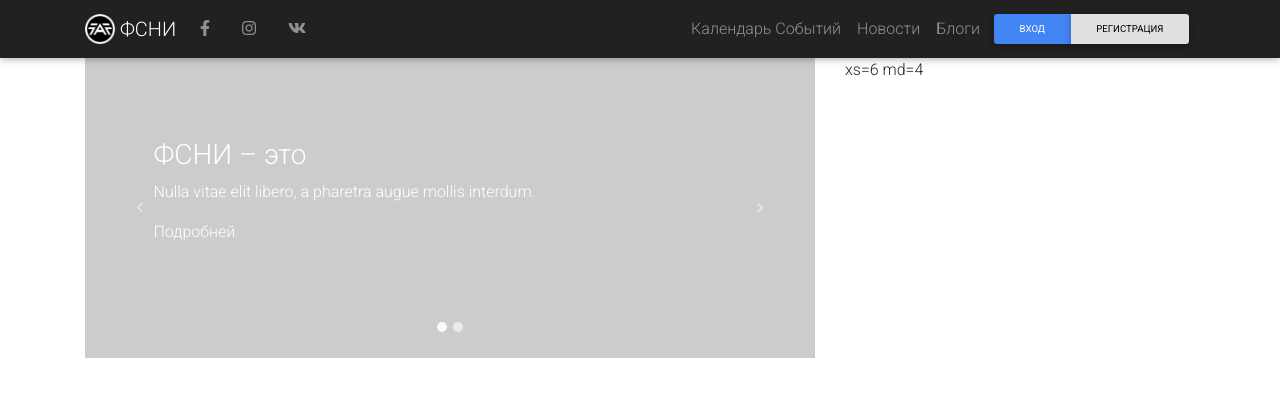
Repository: alexey1986/fsni_test
Page: /
The author's editor kept a copy of each file at every save. The page is drawn from the files as they stood at one save, then again after the next save.
The browser window is 1280 px wide. The pictures show the whole page.
The project was rebuilt for these pictures with package versions that can differ from the ones it lists, and the page was loaded fresh each time. Also part of the build but not shown: src/pages/calendar.jsx, src/pages/news.jsx, src/pages/blogs.jsx.

Above is the page before, as saved 2020-08-29 09:47:14.

### src/index.js
import React from 'react';
import ReactDOM from 'react-dom';
import 'bootstrap/dist/css/bootstrap.min.css';
import '@fortawesome/fontawesome-free/css/all.min.css';
//import 'bootstrap-css-only/css/bootstrap.min.css';
import 'mdbreact/dist/css/mdb.css';


import App from './App';
import * as serviceWorker from './serviceWorker';

ReactDOM.render(
  <React.StrictMode>
    <App />
  </React.StrictMode>,
  document.getElementById('root')
);

// If you want your app to work offline and load faster, you can change
// unregister() to register() below. Note this comes with some pitfalls.
// Learn more about service workers: https://bit.ly/CRA-PWA
serviceWorker.unregister();

### src/App.js
import React from 'react';
import { BrowserRouter as Router, Route } from "react-router-dom";
import NavBarComponent from './components/nav/NavBar';
import Home from './pages/home';
import Calendar from './pages/calendar';
import News from './pages/news';
import Blogs from './pages/blogs';

const App = () => {
  return (
    <Router>
      <NavBarComponent></NavBarComponent>
      <Route path="/" exact component={Home} />
      <Route path="/calendar" exact component={Calendar} />
      <Route path="/news" exact component={News} />
      <Route path="/blogs" exact component={Blogs} />
    </Router>
  )
}


export default App;

### src/components/nav/NavBar.jsx
import React from 'react';
import { Link, NavLink } from "react-router-dom";
import { Container, Navbar, Nav, ButtonGroup, Button } from 'react-bootstrap';
import SocialButtons from './SocialButtons';
import logo from './logo.png';

const NavBarComponent = () => {
    return (
        <Navbar bg="dark" expand="lg" variant="dark" sticky="top" >
            <Container>
                <Navbar.Brand as={Link} to='/'>
                    <img
                        alt=""
                        src={logo}
                        width="30"
                        height="30"
                        className="d-inline-block align-top"
                    />{' '}
                    ФСНИ
                </Navbar.Brand>
                <Navbar.Toggle aria-controls="basic-navbar-nav" />
                <Navbar.Collapse id="basic-navbar-nav">
                    <SocialButtons />
                    <Nav>
                        <Nav.Link as={NavLink} to='/calendar'>Календарь Событий</Nav.Link>
                        <Nav.Link as={NavLink} to='/news'>Новости</Nav.Link>
                        <Nav.Link as={NavLink} to='/blogs'>Блоги</Nav.Link>
                    </Nav>
                    <ButtonGroup size="sm" aria-label="login/registration">
                        <Button variant="primary">Вход</Button>
                        <Button variant="light">Регистрация</Button>
                    </ButtonGroup>
                </Navbar.Collapse>
            </Container>
        </Navbar>
    )
}

export default NavBarComponent;

### src/pages/home.jsx
import React from 'react';
import { Container, Row, Col } from 'react-bootstrap';
import CarouselComponent from '../components/carousel/Carousel';

const Home = () => {
    return (
        <Container>
            <Row>
                <Col xs={12} md={8}>
                    <CarouselComponent />
                </Col>
                <Col xs={6} md={4}>
                xs=6 md=4
                </Col>
            </Row>
        </Container>
    )
}

export default Home;

### src/components/nav/SocialButtons.jsx
import React from 'react';
import { Nav } from 'react-bootstrap';
import { MDBIcon } from 'mdbreact';

const SocialButtons = () => {
  return (
    <Nav className="mr-auto" >
      <Nav.Link href="#!" className="fb-ic mr-3">
        <MDBIcon fab icon="facebook-f" />
      </Nav.Link>
      <Nav.Link href="#!" className="ins-ic mr-3">
        <MDBIcon fab icon="instagram" />
      </Nav.Link>
      <Nav.Link href="#!" className="vk-ic mr-3">
        <MDBIcon fab icon="vk" />
      </Nav.Link>
    </Nav>
  );
}

export default SocialButtons;

### src/components/carousel/Carousel.jsx
import React from 'react';
import { Carousel } from 'react-bootstrap';
import './styles.css';

const CarouselComponent = () => {
    return (
        <Carousel>
            <Carousel.Item>
                <Carousel.Caption>
                    <h3>ФСНИ – это </h3>
                    <p>Nulla vitae elit libero, a pharetra augue mollis interdum.</p>
                    <p>Подробней</p>
                </Carousel.Caption>
            </Carousel.Item>
            <Carousel.Item>
                <Carousel.Caption>
                    <h3>ФСНИ – это </h3>
                    <p>Nulla vitae elit libero, a pharetra augue mollis interdum.</p>
                    <p>Подробней</p>
                </Carousel.Caption>
            </Carousel.Item>
        </Carousel>
    )
}

export default CarouselComponent;

### src/components/carousel/styles.css
.carousel-item {
    background: #ccc;
    height: 300px;
}

.carousel-caption {
    top: 20%;
    bottom: auto;
    text-align: left;
}

Loaded but not shown: public/index.html (common file); src/serviceWorker.js (common file)

After the next save:
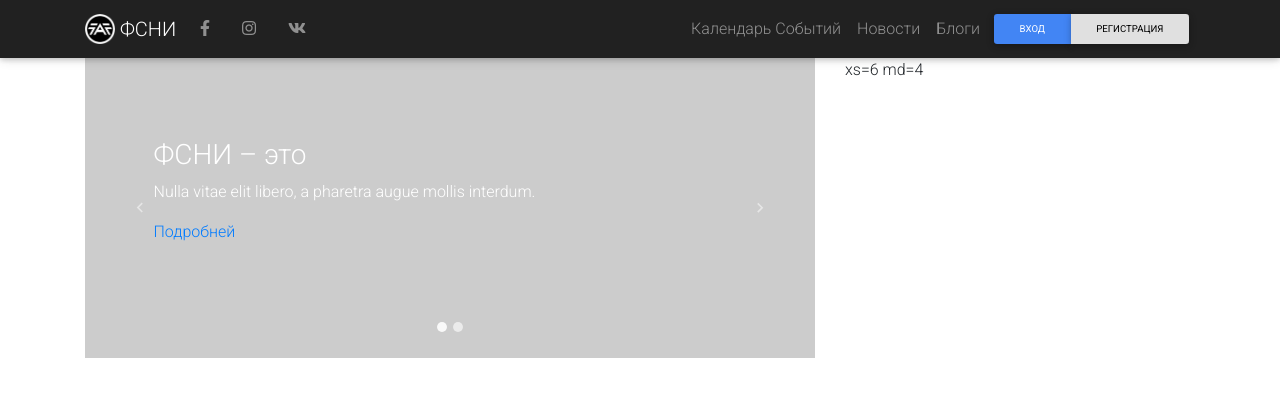
Saved 20 s later.
--- a/src/components/carousel/Carousel.jsx
+++ b/src/components/carousel/Carousel.jsx
@@ -9,14 +9,14 @@
                 <Carousel.Caption>
                     <h3>ФСНИ – это </h3>
                     <p>Nulla vitae elit libero, a pharetra augue mollis interdum.</p>
-                    <p>Подробней</p>
+                    <p><a href="#">Подробней</a></p>
                 </Carousel.Caption>
             </Carousel.Item>
             <Carousel.Item>
                 <Carousel.Caption>
                     <h3>ФСНИ – это </h3>
                     <p>Nulla vitae elit libero, a pharetra augue mollis interdum.</p>
-                    <p>Подробней</p>
+                    <p><a href="#">Подробней</a></p>
                 </Carousel.Caption>
             </Carousel.Item>
         </Carousel>
